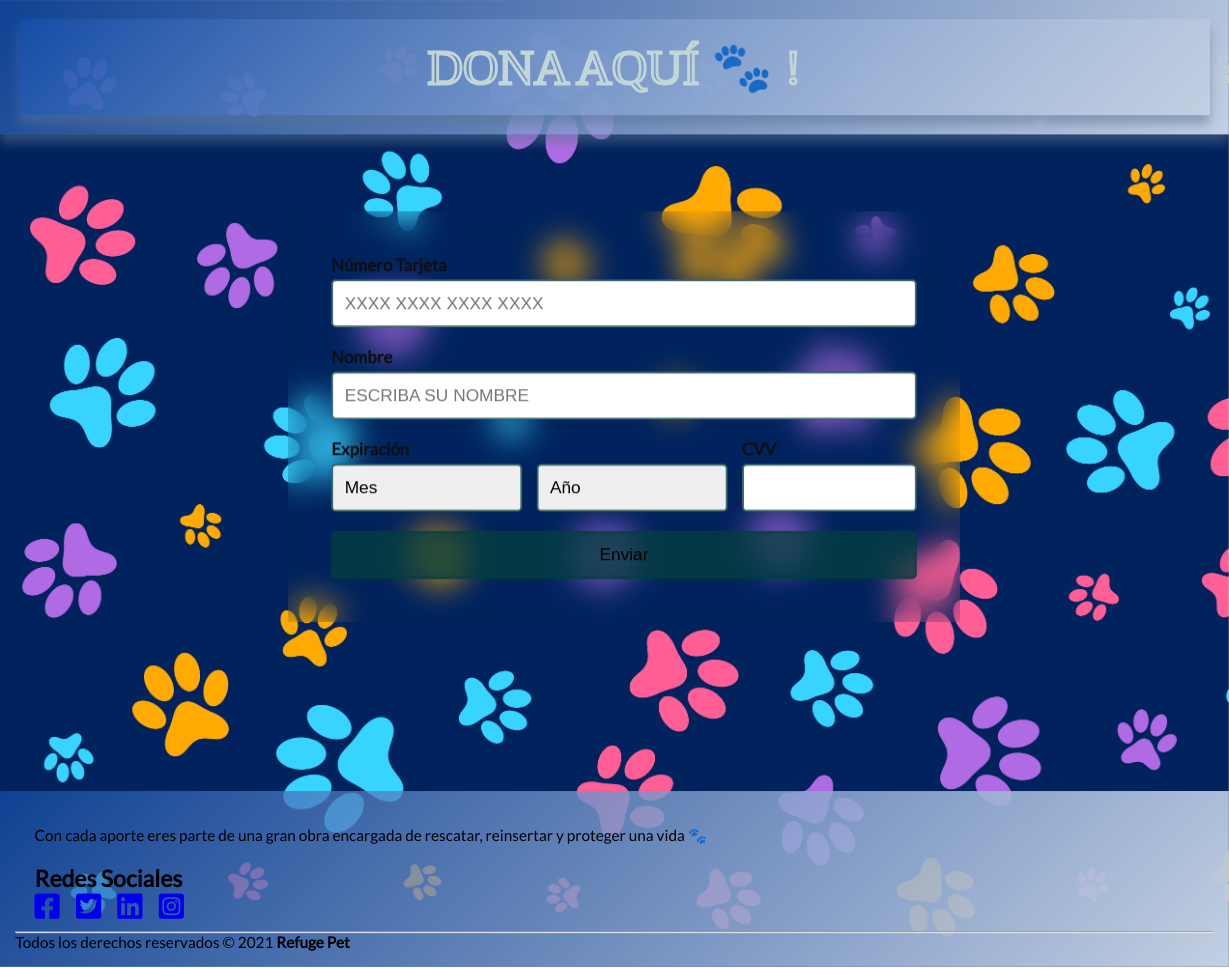
Repository: andreasvidal/SCL019-card-validation
Page: src/views/cardvalidation.html
The author's editor kept a copy of each file at every save. The page is drawn from the files as they stood at one save, then again after the next save.
The browser window is 1280 px wide. The pictures show the whole page, at 96% of full size.
Some web fonts or font styles are not loaded; a fallback is used. Some web libraries are served in a nearby version.

Above is the page before, as saved 2022-04-13 10:06:22.

### src/views/cardvalidation.html
<!DOCTYPE html>
<html lang="en">

<head>
    <meta charset="UTF-8" />
    <meta http-equiv="X-UA-Compatible" content="IE=edge" />
    <meta name="viewport" content="width=device-width, initial-scale=1.0" />
    <link rel="preconnect" href="https://fonts.googleapis.com" />
    <link rel="preconnect" href="https://fonts.gstatic.com" crossorigin />
    <link href="https://fonts.googleapis.com/css2?family=Lato:ital,wght@0,400;1,700&display=swap" rel="stylesheet" />
    <link rel="preconnect" href="https://fonts.googleapis.com" />
    <link rel="preconnect" href="https://fonts.gstatic.com" crossorigin />
    <link href="https://fonts.googleapis.com/css2?family=Hurricane&family=Lato:ital,wght@1,700&display=swap" rel="stylesheet" />
    <link rel="stylesheet" href="https://use.fontawesome.com/releases/v5.8.1/css/all.css" integrity="sha384-50oBUHEmvpQ+1lW4y57PTFmhCaXp0ML5d60M1M7uH2+nqUivzIebhndOJK28anvf" crossorigin="anonymous" />
    <link rel="stylesheet" href="../css/formstyle.css" />
    <link rel="stylesheet" href="../css/style.css" />
    <title>Formulario</title>
</head>

<!--contenido principal formulario-->

<body>
    <div class="subtitle">
        <p class="subtitle">DONA AQUÍ 🐾 !</p>
    </div>
    <form id="formValidation" class="form-validation">
        <div class="bg-blur">
            <div class="data-card" id="dataForm">
                <label for="inputNumber">Número Tarjeta</label>
                <input type="text" id="inputNumber" name="number" maxlength="16" autocomplete="off" pattern="[0-9]+" placeholder="XXXX XXXX XXXX XXXX" required />
                <h5 id="print"></h5>
            </div>
            <div class="data-card">
                <label for="inputNameUser">Nombre </label>
                <input type="text" id="inputNameUser" name="nameUser" placeholder="Escriba su nombre" required />
                <h5 id="print"></h5>
            </div>
            <!--datos expiración tarjeta-->
            <div class="flexbox">
                <div class="data-card expider-date">
                    <label for="monthSelect">Expiración</label>
                    <div class="flexbox">
                        <div class="data-card-select">
                            <select name="monthSelect" id="monthSelect" required>
                <option disabled selected>Mes</option>
                <option value="1">1</option>
                <option value="2">2</option>
                <option value="3">3</option>
                <option value="4">4</option>
                <option value="5">5</option>
                <option value="6">6</option>
                <option value="7">7</option>
                <option value="8">8</option>
                <option value="9">9</option>
                <option value="10">10</option>
                <option value="11">11</option>
                <option value="12">12</option>
              </select>
                        </div>
                        <div class="data-card-select">
                            <select name="yearSelect" id="yearSelect" required>
                <option disabled selected>Año</option>
                <option value="2">2014</option>
                <option value="5">2015</option>
                <option value="6">2016</option>
                <option value="7">2017</option>
                <option value="8">2018</option>
                <option value="9">2019</option>
                <option value="10">2020</option>
                <option value="11">2021</option>
                <option value="12">2022</option>
              </select>
                        </div>
                    </div>
                </div>
                <div class="data-card ccv">
                    <label for="inputCcv">CVV</label>
                    <input type="text" id="inputCcv" name="inputCcv" maxlength="3" required />
                </div>
            </div>
            <button type="submit" value="sendForm" class="btn-send" id="sendForm">
        Enviar
      </button>
        </div>
    </form>
    <footer>
        <div class="container__footer">
            <div class="box__footer">
                <div class="terms">
                    <p>
                        Con cada aporte eres parte de una gran obra encargada de rescatar, reinsertar y proteger una vida 🐾
                    </p>
                </div>
            </div>
            <div class="box__footer">
                <h2>Redes Sociales</h2>
                <a href="#"> <i class="fab fa-facebook-square"></i></a>
                <a href="#"><i class="fab fa-twitter-square"></i></a>
                <a href="#"><i class="fab fa-linkedin"></i></a>
                <a href="#"><i class="fab fa-instagram-square"></i></a>
            </div>
        </div>
        <div class="box__copyright">
            <hr />
            <p>Todos los derechos reservados © 2021 <b>Refuge Pet</b></p>
        </div>
    </footer>
    <!-- jQuery-->
    <script src="https://ajax.googleapis.com/ajax/libs/jquery/3.6.0/jquery.min.js"></script>
    <!--materialize -->
    <!--JS-->
    <script src="../js/index.js" type="module"></script>
</body>

</html>

### src/css/formstyle.css
* {
    padding: 0;
    margin: 0;
    box-sizing: border-box;
}

body {
    font-family: 'Lato', 'sans-serif';
    background-image: url(../assets/img/fondopatas.jpg);
    background-size: cover;
    background-repeat: no-repeat;
}


/*estilos formulario validacion*/

.form-validation {
    color: beige;
    width: 100%;
    max-width: 700px;
    margin-left: 300px;
    border-radius: 10px;
    position: relative;
    top: 80px;
    z-index: 1;
}

.bg-blur {
    backdrop-filter: blur(1rem);
    width: 100%;
    padding: 45px;
}

.form-validation label {
    display: block;
    color: rgb(15, 15, 15);
    margin-bottom: 5px;
    font-size: 1.1rem;
    font-weight: 700;
}

.form-validation input,
.form-validation select,
.btn-send {
    border: 2px solid rgba(4, 63, 63, 0.753);
    font-size: 18px;
    height: 50px;
    width: 100%;
    padding: 5px 12px;
    border-radius: 5px;
}

.form-validation input:hover,
.form-validation select:hover {
    border: 2px solid rgb(23, 24, 24);
}

.form-validation input:focus,
.form-validation select:focus {
    outline: rgb(173, 182, 182);
    box-shadow: 0 8px 8px 0 rgba(32, 38, 46, 0.3);
}

.form-validation input {
    margin-bottom: 20px;
    text-transform: uppercase;
}

.form-validation .flexbox {
    display: flex;
    justify-content: space-between;
}

.form-validation .expider-date {
    width: 100%;
}

.form-validation .ccv {
    min-width: 10px;
}

.form-validation .data-card-select {
    width: 100%;
    margin-right: 15px;
    position: relative;
}

.form-validation select {
    -webkit-appearance: none;
}


/*backgrond btn enviar*/

.btn-send {
    background: rgba(4, 63, 63, 0.753);
    ;
}

.btn-send:hover {
    background-color: rgba(94, 126, 136, 0.651);
    cursor: pointer;
}

#print {
    color: rgb(38, 41, 41);
    font-size: 16px;
}


/*footer*/

.terms {
    height: 30px;
    margin-bottom: 50px;
}

footer {
    width: 100%;
    padding: 1rem;
    margin-top: 20%;
    background-size: cover;
    background-image: linear-gradient(135deg, #1650adad 0%, #c3cfe2 100%);
    box-shadow: 0 10px 10px 0 rgba(90, 116, 148, 0.3);
}

.box__footer {
    padding: 20px;
    height: 10px;
}

.fab {
    padding-right: 40px;
    width: 20px;
    height: 20px;
    font-size: 30px;
}

.box__copyright {
    padding-top: 50px;
}

### src/css/style.css
     * {
         padding: 0;
         margin: 0;
         box-sizing: border-box;
     }

     body {
         font-family: 'Lato', 'sans-serif';
         background-image: url(../assets/img/fondopatas.jpg);
     }
     /*estilo titulo*/

     .title-h1 {
         font-family: 'Raleway', sans-serif;
         text-decoration: underline overline wavy rgba(183, 0, 255, 0.514);
         padding: 40px 100px;
         color: rgb(74, 80, 80);
         display: flex;
         flex-direction: column;
         align-items: center;
         box-shadow: 0 10px 10px 0 rgba(90, 116, 148, 0.3);
         background-image: linear-gradient(135deg, #f5f7fa 0%, #c3cfe2 100%);
         font-size: 8vw;
     }

     .subtitle {
         font-family: 'Shadows Into Light', cursive;
         text-align: center;
         padding: 20px 20px;
         color: rgb(74, 80, 80);
         font-size: 4vw;
         -webkit-text-fill-color: transparent;
         -webkit-text-stroke: 3px rgb(195, 214, 214);
         background-image: linear-gradient(135deg, #1650adad 0%, #c3cfe2 100%);
         box-shadow: 0 10px 10px 0 rgba(90, 116, 148, 0.5);
     }

     .img-banner {
         display: flex;
         height: 500px;
         z-index: -1;
         flex-direction: row;
         margin-left: 50px;
         align-items: center;
         margin-bottom: -50px;
         border-radius: 15px;
     }
     /*contenedor tarjeta*/

     .container {
         width: 90%;
         max-width: 1000px;
         padding: 20px 60px;
         margin: auto;
         display: flex;
         /* deja los elementos en forma de columna*/
         flex-direction: column;
         /*align-items no sirve para centrar de forma vertical (se utiliza justify), se utiliza al cambiar la dirección con flex-direction*/
         align-items: center;
     }
     /*estilo tarjeta*/

     .card {
         padding-top: 30px;
         width: 100%;
         max-width: 550px;
         position: relative;
         color: rgb(37, 36, 36);
         cursor: pointer;
     }

     .card>div {
         padding: 30px;
         border-radius: 15px;
         min-height: 315px;
         display: flex;
         flex-direction: column;
         justify-content: space-between;
         box-shadow: 0 10px 10px 0 rgba(90, 116, 148, 0.822);
     }

     .style-card {
         width: 100%;
         background: url(../assets/img/background-card/bg-img-2.jpg);
         background-size: cover;
     }
     /*para mantener el espeacio de la imagen logo (contenedor vacio)*/

     .style-card .logo-card {
         text-align: right;
         min-height: 50px;
     }

     .style-card .logo-card img {
         width: 100%;
         height: 100%;
         object-fit: cover;
         max-width: 80px;
     }

     .style-card .chip-card {
         width: 100%;
         max-width: 50px;
         margin-bottom: 20px;
     }

     .style-card .form-group .card-label {
         font-size: 16px;
         color: rgb(115, 131, 131);
         margin-bottom: 5px;
     }

     .style-card .card-group .number-card,
     .style-card .card-group .name-card,
     .style-card .card-group .expider {
         /*color: rgb(74, 80, 80);*/
         font-size: 22px;
         text-transform: uppercase;
     }

     .style-card .flexbox {
         display: flex;
         justify-content: space-between;
         margin-top: 20px;
     }
     /*btn abrir formulario*/

     .btn-open {
         color: rgb(195, 214, 214);
         box-shadow: 0 10px 10px 0 rgba(90, 116, 148, 0.3);
         background: rgba(183, 0, 255, 0.514);
         width: 50px;
         height: 50px;
         margin-top: -10px;
         border-radius: 100%;
         z-index: 2;
     }

     .btn-open:hover {
         opacity: 0.50;
         -moz-opacity: .50;
         filter: alpha (opacity=50);
     }

     .btn-open {
         text-decoration: none;
         padding-top: 15px;
         text-align: center;
     }

### src/js/index.js
/*import validator from '../js/validator.js';

//Llamando al DOM

const btnForm = document.getElementById("sendForm");
const form = document.getElementById("#formValidation");
btnForm.addEventListener('click', function(e) {
    e.preventDefault();
    let creditCardNumber = document.getElementById('inputNumber').value;
    let maskified = validator.maskify(creditCardNumber);
    if (creditCardNumber === "") {
        return document.getElementById("print").innerHTML = "Reingrese su número de tarjeta sin espacios ni carácteres especiales";
    } else {
        return document.getElementById("print").innerHTML = "Tu tarjeta N° " + maskified + " es válida";
    }
})


// inputName solo letras, inputCcv y inputNumber  solo numeros
let inputNumber = document.getElementById('inputNumber');
let inputName = document.getElementById('inputNameUser');
let inputCcv = document.getElementById('inputCcv');

const onlyNum = /[^0-9]/g;
const onlypLet = /[^a-zA-ZÑñáéíóúÁÉÍÓÚ\s]*$/g;
inputNumber.addEventListener('input', function() {
    inputNumber.value = inputNumber.value.replace(onlyNum, '');
});
inputName.addEventListener('input', function() {
    inputName.value = inputName.value.replace(onlypLet, '');
});
inputCcv.addEventListener('input', function() {
    inputCcv.value = inputCcv.value.replace(onlyNum, '');
});

// mes y años
for (let i = 1; i <= 12; i++) {
    let optionDate = document.createElement('option');
    optionDate.value = i;
    optionDate.innerText = i;
    form.monthSelect.appendChild(optionDate);
}

// * Select del año generado dinamicamente.
const yearActual = new Date().getFullYear();
for (let i = yearActual; i <= yearActual + 8; i++) {
    let optionDate = document.createElement('option');
    optionDate.value = i;
    optionDate.innerText = i;
    optionDate.selectYear.appendChild(optionDate);
}*/

After the next save:
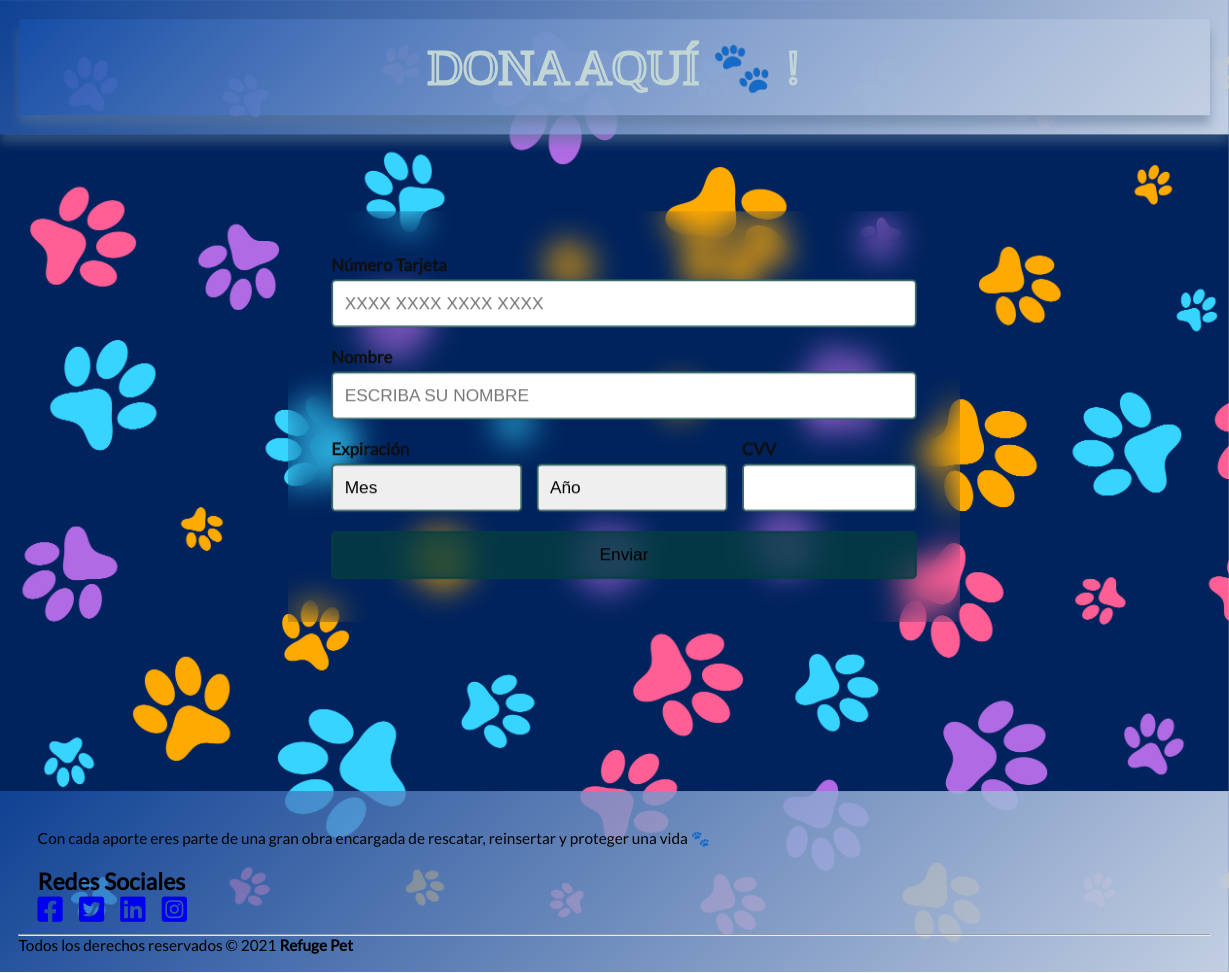
Saved 9 s later.
--- a/src/css/formstyle.css
+++ b/src/css/formstyle.css
@@ -117,7 +117,7 @@ body {
 
 footer {
     width: 100%;
-    padding: 1rem;
+    padding: 1.2rem;
     margin-top: 20%;
     background-size: cover;
     background-image: linear-gradient(135deg, #1650adad 0%, #c3cfe2 100%);
